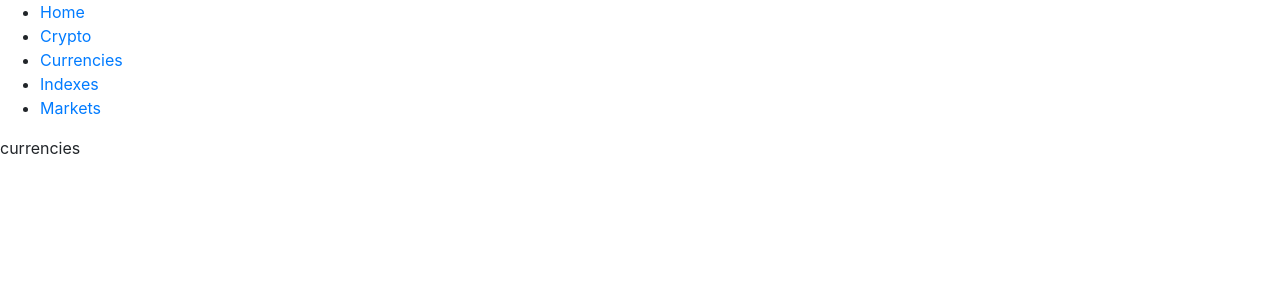
Repository: bjorntirsen/eZorro
Page: /
An editor plug-in stored every save of this project. The page is shown before and after the next save, followed by the edit.
The browser window is 1280 px wide. The pictures show the whole page.
The project was rebuilt for these pictures with package versions that can differ from the ones it lists, and the page was loaded fresh each time. Also part of the build but not shown: src/App.css, src/pages/CryptoPage.jsx, src/pages/IndexesPage.jsx, src/pages/MarketPage.jsx.

Above is the page before, as saved 2020-12-10 15:19:47.

After the next save:
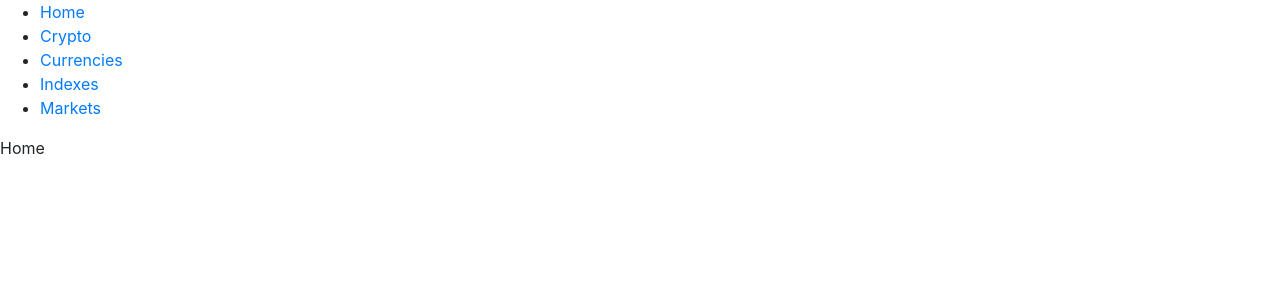
Saved 2 min 40 s later.
--- a/src/App.js
+++ b/src/App.js
@@ -14,24 +14,24 @@ function App() {
       <Navbar />
       <Switch>
 
-        <Route>
-          <CurrenciesPage path="/currencies" />
+        <Route path="/currencies" >
+          <CurrenciesPage />
         </Route>
 
-        <Route>
-          <CryptoPage path="/crypto" />
+        <Route path="/crypto">
+          <CryptoPage />
         </Route>
 
-        <Route>
-          <IndexesPage path="/indexes" />
+        <Route path="/indexes">
+          <IndexesPage />
         </Route>
 
-        <Route>
-          <MarketPage path="/market/:marketname/:instrument" />
+        <Route path="/market/:marketname/:instrument">
+          <MarketPage />
         </Route>
 
-        <Route>
-          <LandingPage path="/" />
+        <Route path="/">
+          <LandingPage />
         </Route>
 
       </Switch>
